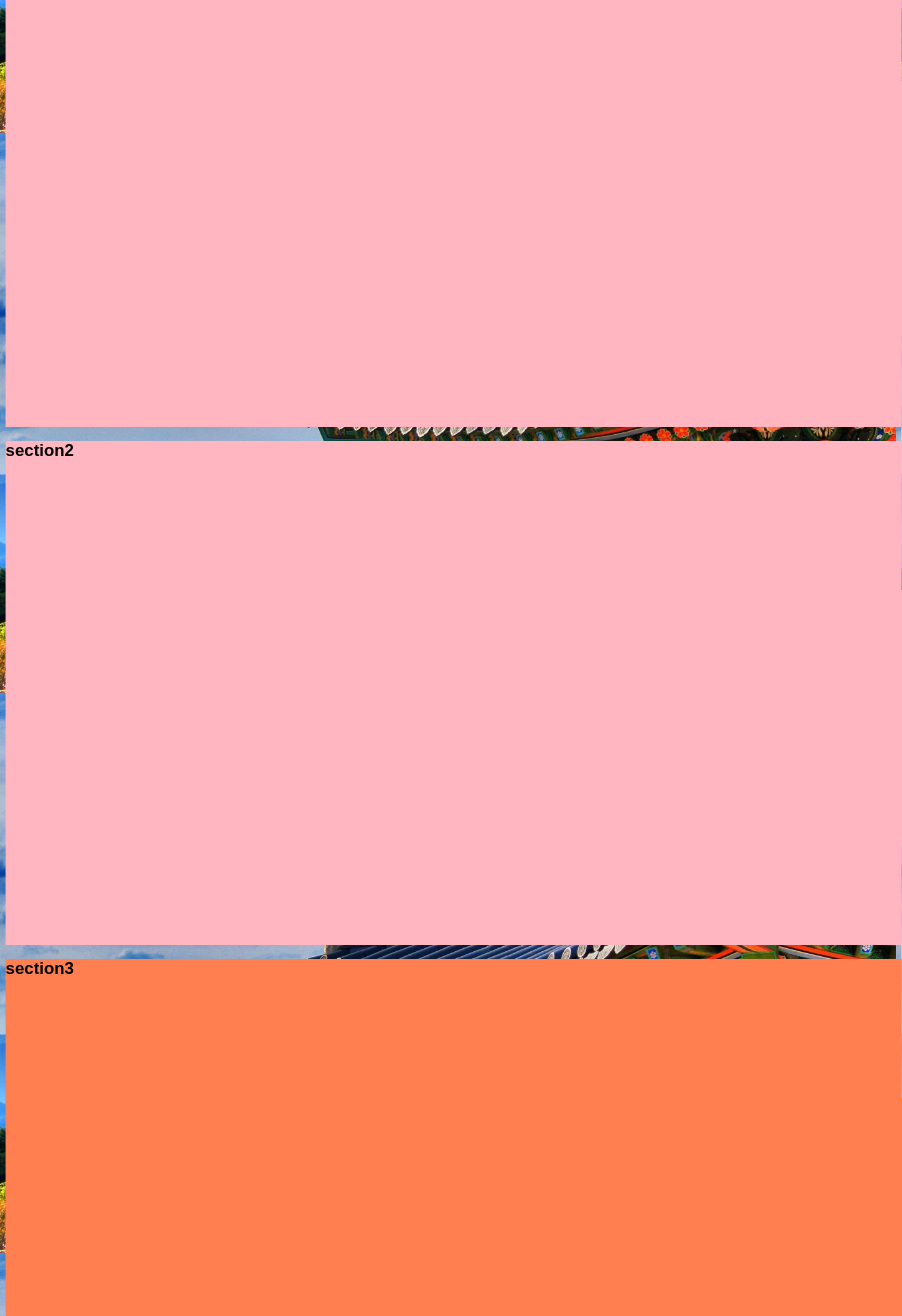
Repository: LifeIsRightward/WebServer
Page: http://localhost/JSPBook/Project/index.jsp?id=null
The author's editor kept a copy of each file at every save. The page is drawn from the files as they stood at one save, then again after the next save.
The browser window is 1280 px wide. The page is 1288 px wide, so the pictures cover 1288 px, including what lies to the right of the window. The pictures show the part of the page from y = 610 to 2490 px (the page is 2844 px tall before and 1764 px after), at 70% of full size.
Backgrounds fixed to the window are drawn as part of the page. The page is served by Tomcat 9. Other server files are loaded and not shown.

Above is the page before, as saved 2024-06-04 17:01:56.
Console error: ReferenceError: $ is not defined

### JSPBook/src/main/webapp/Project/index.jsp
<%@ page language="java" contentType="text/html; charset=EUC-KR"
    pageEncoding="EUC-KR"%>
<!DOCTYPE html>
<html>
<head>
<meta charset="EUC-KR">
<title>Insert title here</title>
<link rel="stylesheet" href="css/index.css" type="text/css">
<script type="text/javascript" src="js/index.js"></script>
</head>
<body>
    <header>
        <h1>CT: Culture&Trip</h1>
        <nav>
            <ul>
                <li><a href="#">나라 소개</a></li>
                <li><a href="#">여행 성향 분석</a></li>
                <li><a href="#">여행 후기 게시판</a></li>
                <li><a href="#">프로필</a></li>
                <li><a href="#">로그인</a></li>
            </ul>
        </nav>
    </header>

	<div id="welcome-text">
		<h1>어서오세요! <br>당신이 방문할 국가의 정보와<br>후기를 확인해보세요!</h1>
	</div>
	<div class="section" id="introduce">
         <h2>사이트 소개</h2>
    </div>
    <div class="section" id="section2">
         <h2>section2</h2>
    </div>
    <div class="section" id="section3">
         <h2>section3</h2>
    </div>


    <footer>
    	<div>
    		LOGO
    	</div>
  		<div>
  			CEO. 김대현 <br>
  			Addr. 서울특별시 금천구 가산1로 280-3 우림하이엔드타워 6차 14F 고객상담실 Fax/Tel. <br>
  			02 - 223 -2912~5 <br>
  			COPYRIGHT 2024. TAMO. ALL RIGHT RESERVED.
         </div>
    </footer>
</body>
</html>

### JSPBook/src/main/webapp/Project/css/index.css
@charset "EUC-KR";

html{
	/*overflow: hidden;*/
	display: block;
	width: 100%;
	height: 100%;
}

body {
	display: block;
    background-image: url("../assets/background.jpg"); /* 전체 배경 이미지 설정 */
    background-size: cover ; /* 배경 이미지 크기 조절 */
    background-position: center; /* 배경 이미지 위치 조절 */
    background-attachment: fixed; /* 스크롤해도 배경 이미지 고정 */
    background-repeat: no-repeat; /* 이미지 반복 방지 */
    font-family: sans-serif; /* 글꼴 설정 */
    width: 100%;
	height: 100%;
}

header {
	display: flex; /* header를 flexbox로 설정 */
    align-items: center; /* 항목들을 중앙 정렬 */
    justify-content: space-between; /* 항목들을 양쪽 끝으로 분산 */
    position: absolute;
    top: 0;
    left: 0;
    height: 100px; /* header 높이 설정 */
    width: 100%; /* 전체 너비 차지 */
    background-color: #fff; /* 배경색 */
    padding: 10px 0; /* 여백 설정 */
     z-index: 10; /* 다른 요소 위에 표시 */
    box-shadow: 0 2px 4px rgba(0, 0, 0, 0.1); /* 그림자 효과 */
}

header > h1{
	margin-left:2%;
}

nav ul {
    list-style: none; /* 기본 목록 스타일 제거 */
    margin-right: 50px;
    padding: 0; /* 여백 제거 */
    text-align: right; /* 오른쪽 정렬 */
}

nav li {
    display: inline-block; /* li 요소를 가로로 나열 */
    margin-right: 30px; /* 각 li 요소 사이 여백 */
}

nav a {
    color: #333; /* 링크 색상 */
    text-decoration: none; /* 기본 텍스트 장식 제거 */
    font-weight: bold; /* 글씨체 강조 */
}

nav a:hover {
    color: #000; /* 마우스 호버 시 링크 색상 변경 */
}

.section {
    width: 100%;
    height: 100%;
    position: relative;
}

#welcome-text {
    position: relative; /* 상대 위치 설정 */
    margin-top: 15%; /* 상단 여백 추가 */
    margin-left: 50px;
    width: 60%;
    height: 40%;
    z-index: 10; /* 다른 요소 위에 표시 */
}

#welcome-text h1 {
    font-size: 3em; /* 텍스트 크기 */
    font-weight: bold; /* 글씨체 강조 */
    color: black; /* 텍스트 색상 */
    opacity: 0.7;
    margin: 0; /* 여백 제거 */
}

#introduce{
	background-color: lightpink;
}

#section2 {
    background-color: lightpink;
}

#section3 {
    background-color: coral;
}

/* footer css */
footer{
    display: flex;
    background-color: #1f1f1f;
    padding: 30px;
}

footer > div:first-child{
    flex: 3;
    text-align: center;
    color: #fff;
}

footer > div:last-child{
    flex: 9;
    color: #fff;
}

### JSPBook/src/main/webapp/Project/js/index.js
var mHtml = $("html");
var page = 1;


mHtml.animate({scrollTop : 0},10);

$(window).on("wheel", function(e) {
    if(mHtml.is(":animated")) return;
    if(e.originalEvent.deltaY > 0) {
        if(page == 3) return;
        page++;
    } else if(e.originalEvent.deltaY < 0) {
        if(page == 1) return;
        page--;
    }
    var posTop =(page-1) * $(window).height();
    mHtml.animate({scrollTop : posTop});
})

After the next save:
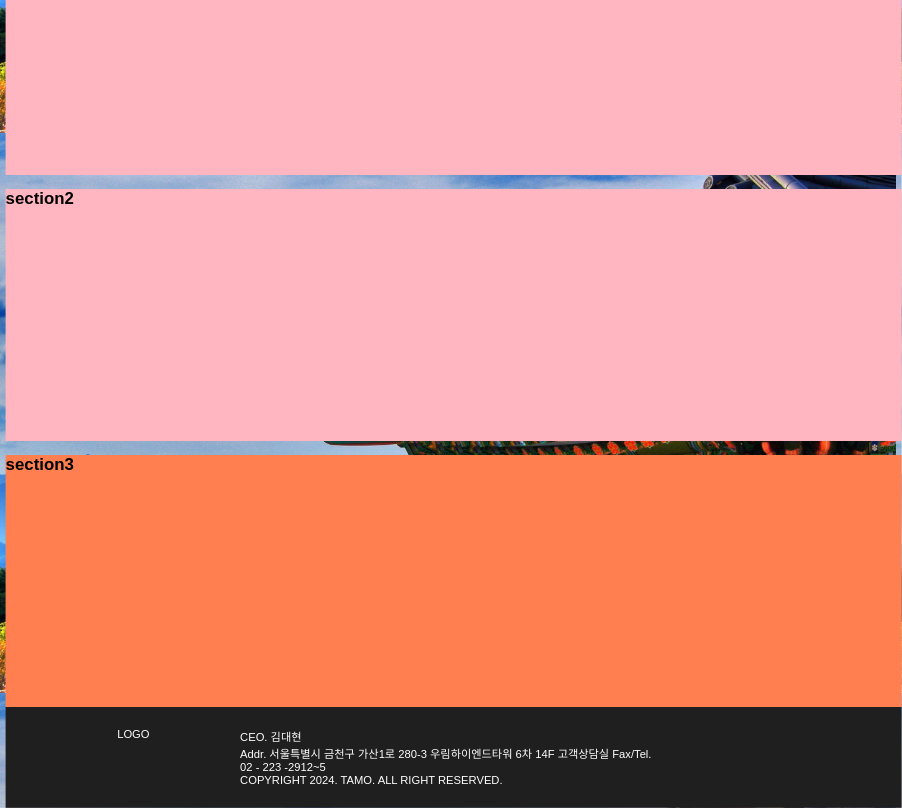
Saved 12 s later.
--- a/JSPBook/src/main/webapp/Project/css/index.css
+++ b/JSPBook/src/main/webapp/Project/css/index.css
@@ -62,7 +62,7 @@ nav a:hover {
 
 .section {
     width: 100%;
-    height: 100%;
+    height: 50%;
     position: relative;
 }
 
